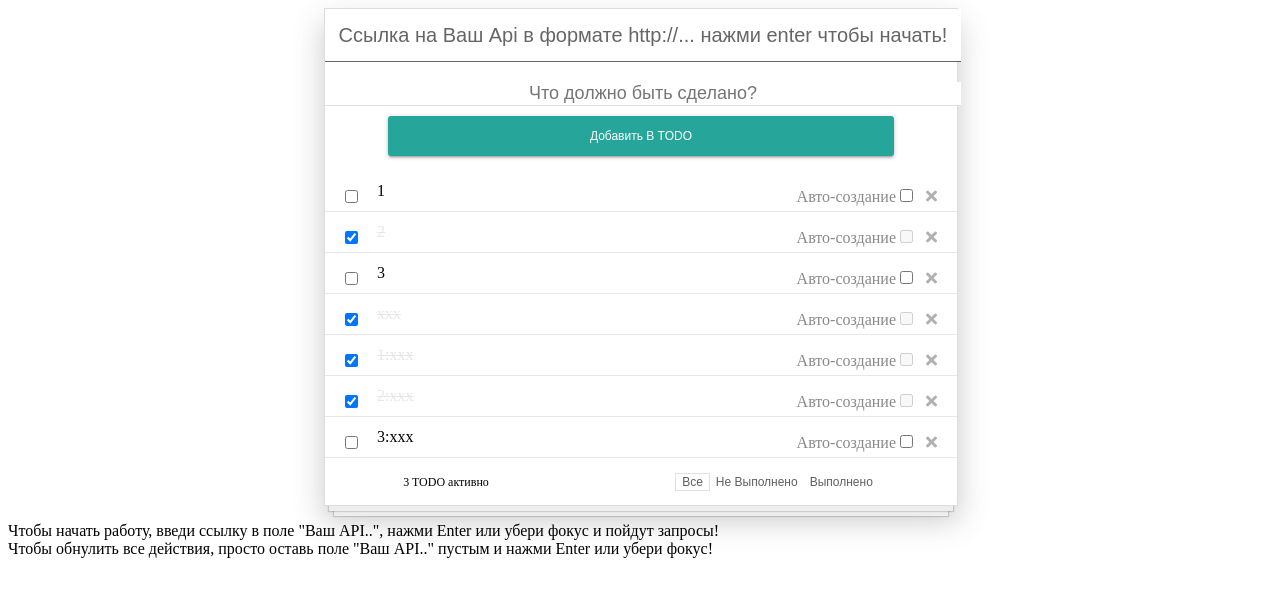
Repository: AntonBrock/taskTodo_for-backend
Page: /
The author's editor kept a copy of each file at every save. The page is drawn from the files as they stood at one save, then again after the next save.
The browser window is 1280 px wide. The pictures show the whole page.
Some web libraries are served in a nearby version. The project was rebuilt for these pictures with package versions that can differ from the ones it lists, and the page was loaded fresh each time.

Above is the page before, as saved 2019-04-30 10:45:40.

After the next save:
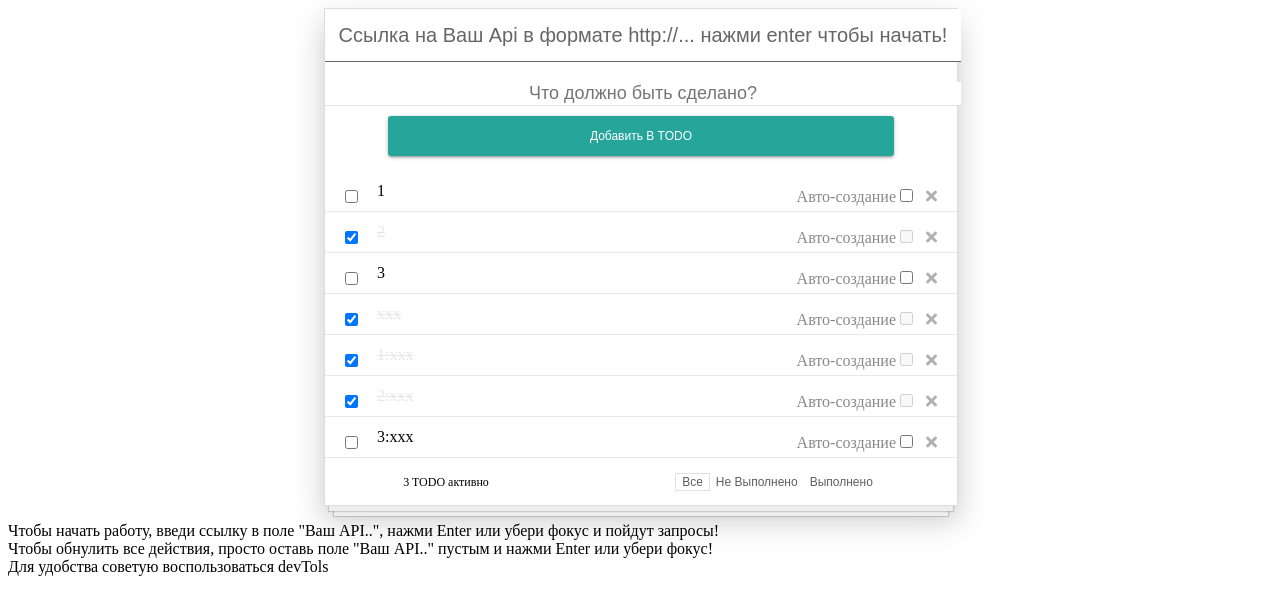
Saved 37 s later.
--- a/src/App.vue
+++ b/src/App.vue
@@ -2,7 +2,7 @@
   #app
     Todolist
     .helpWorld
-      p.helpText Чтобы начать работу, введи ссылку в поле "Ваш API..", нажми Enter или убери фокус и пойдут запросы! <br> Чтобы обнулить все действия, просто оставь поле "Ваш API.." пустым и нажми Enter или убери фокус!
+      p.helpText Чтобы начать работу, введи ссылку в поле "Ваш API..", нажми Enter или убери фокус и пойдут запросы! <br> Чтобы обнулить все действия, просто оставь поле "Ваш API.." пустым и нажми Enter или убери фокус! <br> Для удобства советую воспользоваться devTols
 </template>
 
 <script>
